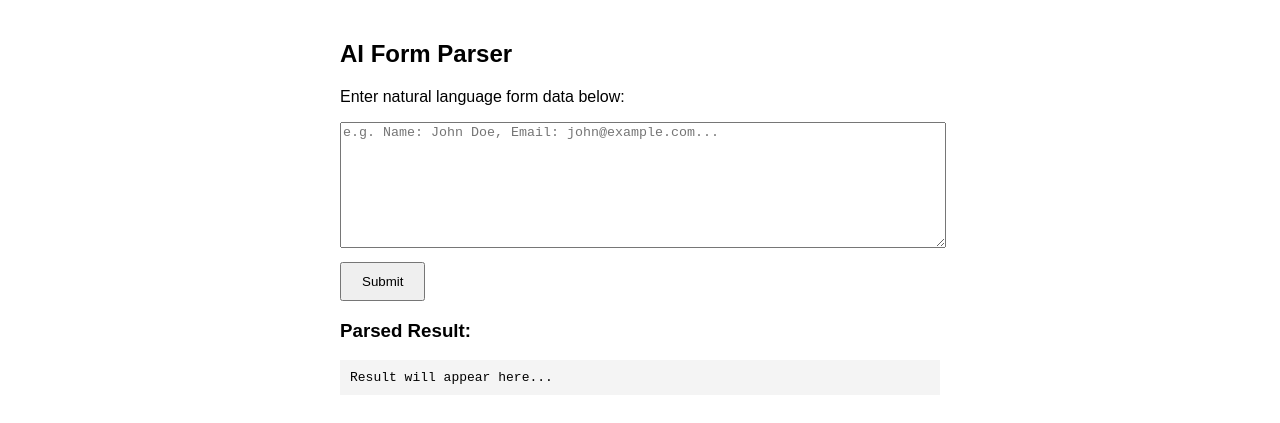
Repository: Mohitkumar1322/AIForm
Page: http://localhost/
These files come from the project's save history. The page is drawn as it stood at one moment and after the next save; the edit follows.
The browser window is 1280 px wide. The pictures show the whole page.
The page is served by the project's application, run on Flask 3 (main.py).

Above is the page before, as saved 2025-07-18 10:28:31.

After the next save:
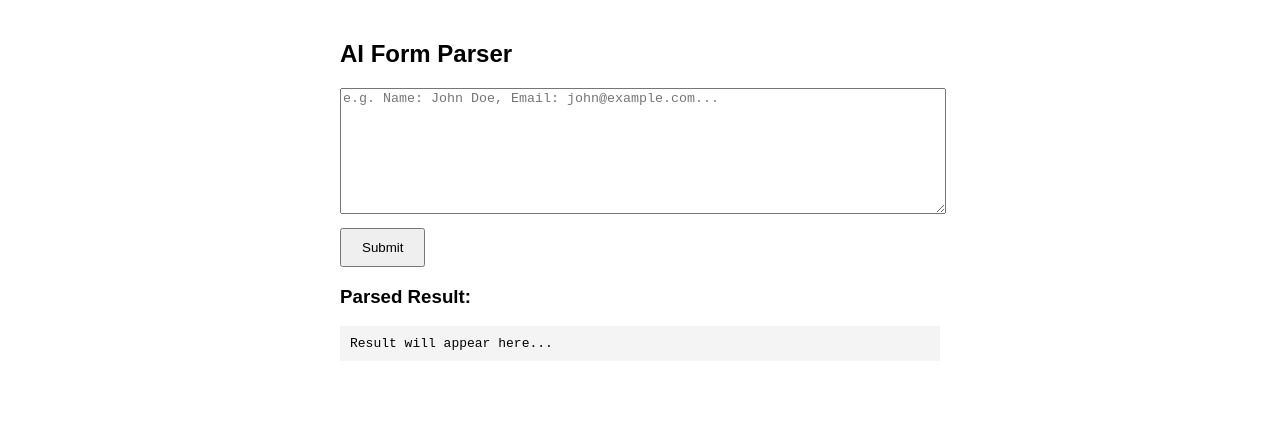
Saved 89 s later.
--- a/templates/index.html
+++ b/templates/index.html
@@ -25,7 +25,7 @@
 </head>
 <body>
     <h2>AI Form Parser</h2>
-    <p>Enter natural language form data below:</p>
+    <p></p>
     <textarea id="prompt" placeholder="e.g. Name: John Doe, Email: john@example.com..."></textarea>
     <br>
     <button onclick="submitForm()">Submit</button>
